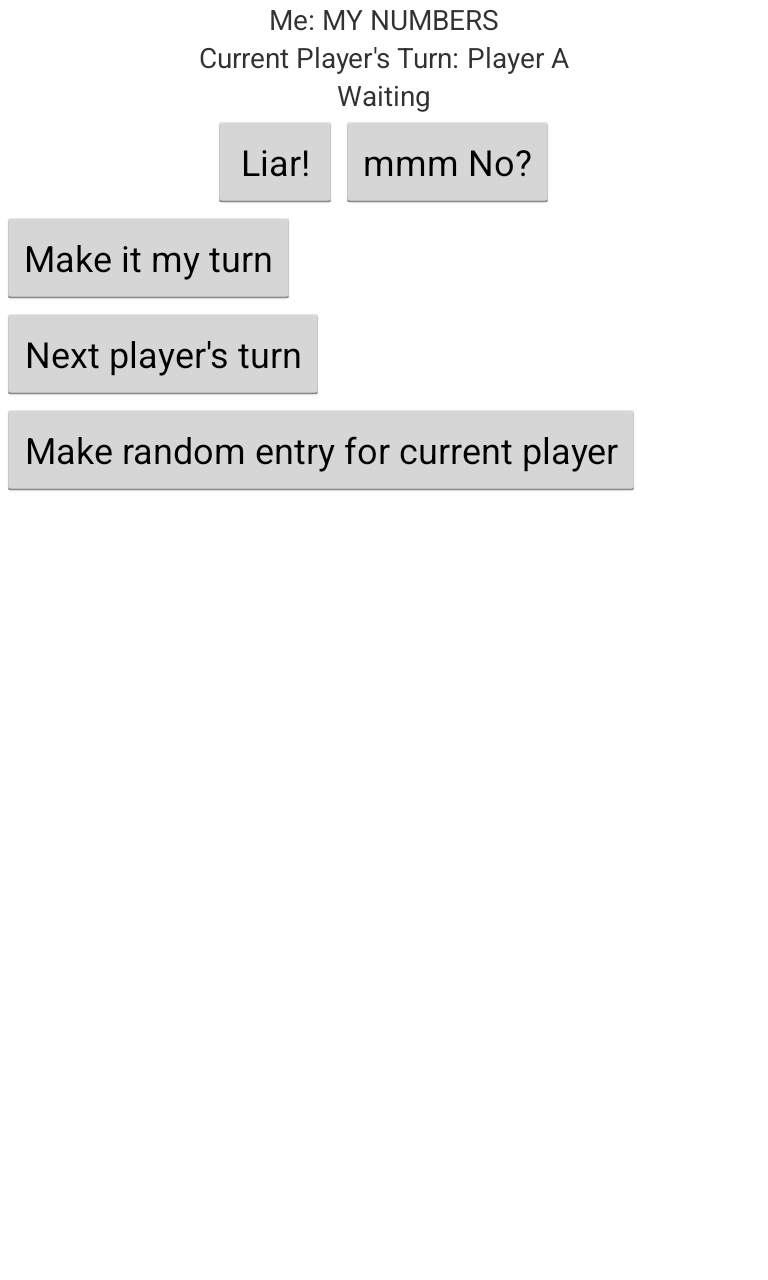
Repository: RayyLim/LiarPoker
Layout: LiarPoker/res/layout/gameroom_main.xml
An editor plug-in stored every save of this project. The layout is shown before and after the next save, followed by the edit.
It is drawn on a 768 x 1280 px phone screen (xhdpi) without system bars, with theme AppTheme; the app's code is not run.

Above is the layout before, as saved 2012-07-22 07:08:09.

After the next save:
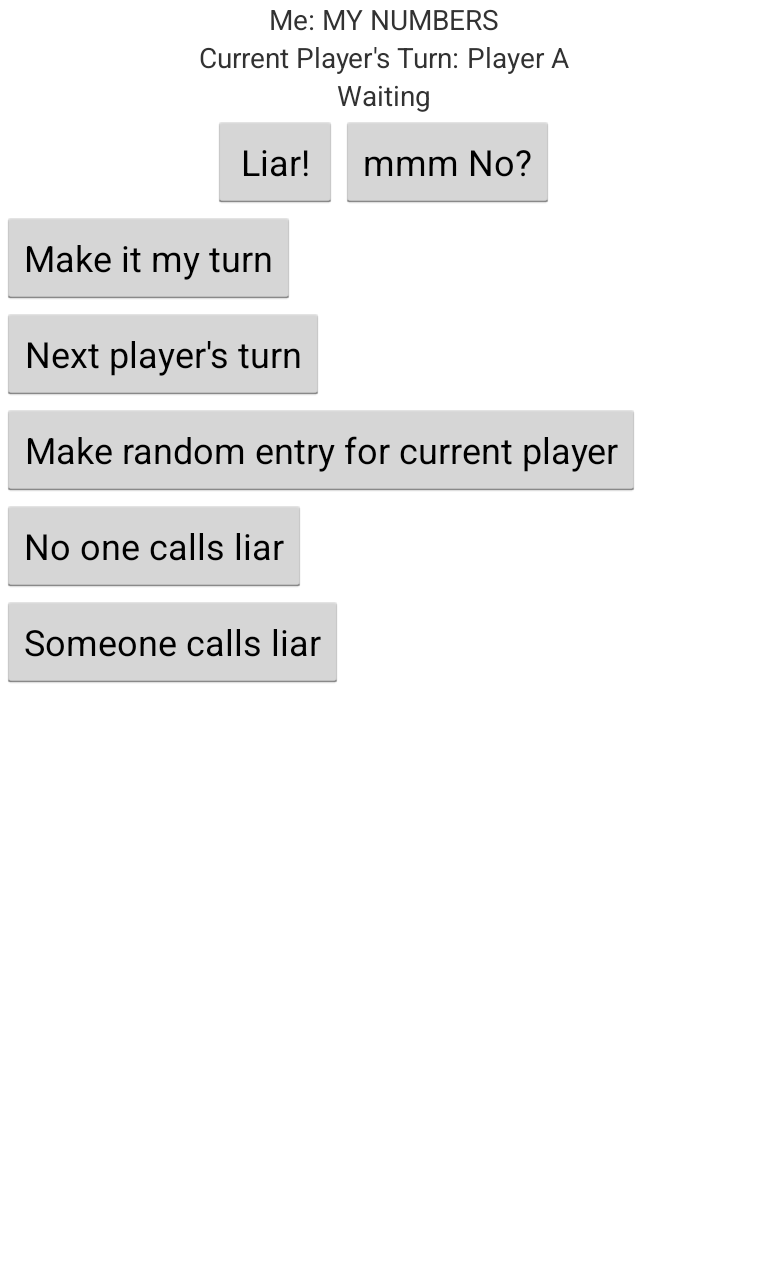
Saved 3 min 39 s later.
--- a/LiarPoker/res/layout/gameroom_main.xml
+++ b/LiarPoker/res/layout/gameroom_main.xml
@@ -74,4 +74,18 @@
 			    android:text="Make random entry for current player"
 			    android:onClick="fakeRandomCurrentPlayerHas"/>
 
+												<Button
+			    android:id="@+id/fakeNoOneCallsLiar"
+			    android:layout_width="wrap_content"
+			    android:layout_height="wrap_content"
+			    android:text="No one calls liar"
+			    android:onClick="fakeNoOneCallsLiar"/>
+
+																								<Button
+			    android:id="@+id/fakeSomeoneCallsLiar"
+			    android:layout_width="wrap_content"
+			    android:layout_height="wrap_content"
+			    android:text="Someone calls liar"
+			    android:onClick="fakeSomeoneCallsLiar"/>
+
 </LinearLayout>
